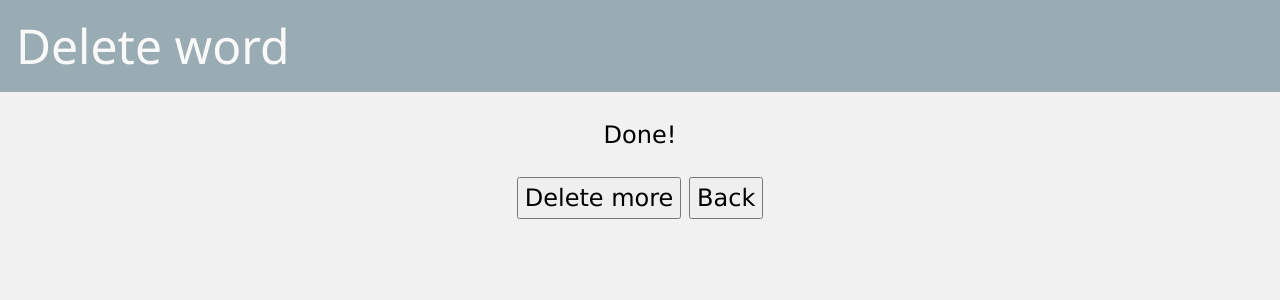
Repository: OleksandrDoskaliukKN313/IIC
Page: http://localhost/WebDictionary/deleteWord.jsp
An editor plug-in stored every save of this project. The page is shown before and after the next save, followed by the edit.
The browser window is 1280 px wide. The pictures show the whole page.
The page is served by Tomcat 9. Other server files are loaded and not shown. Queries for data that is not in the repository find no rows.

Above is the page before, as saved 2020-10-12 10:33:42.

### WebDictionary/WebContent/deleteWord.jsp
<%@ page language="java" contentType="text/html; charset=ISO-8859-1"
    pageEncoding="ISO-8859-1"%>
    <%@ page import = "database.DatabaseFacade" %>
<!DOCTYPE html>
<html>
<head>
<meta charset="ISO-8859-1">
<title>Delete word JSP</title>
<link rel="stylesheet" href="w3.css">
</head>
<body class="w3-light-grey ">
<div class="w3-container w3-blue-grey w3-opacity w3-left-align 	">
        <h1 class = "w3-xxxlarge">Delete word</h1>
    </div>
<div class = "w3-xlarge w3-container w3-center">
<%
	String en = request.getParameter("en");
	DatabaseFacade.getStatment().execute("delete from words.words where(en='"+ en + "');");
%>
<p>Done!</p>
<button onclick="location.href='deleteWord'">Delete more</button>
<button onclick="location.href='index.html'">Back</button>
</div>
</body>
</html>

### WebDictionary/src/database/DatabaseFacade.java
package database;


import java.sql.Connection;
import java.sql.DriverManager;
import java.sql.SQLException;
import java.sql.Statement;

public class DatabaseFacade {
	private static Statement statement=null;
	private DatabaseFacade() {
		getStatment();
	}

	public static Statement getStatment()
	{
		if(statement==null)
		{
			try
			{
				Connection connection = DriverManager.getConnection("jdbc:postgresql://localhost:5432/dictionary","postgres","1234");
				statement = connection.createStatement();
				return statement;

			} catch (SQLException e) {

				System.out.println("Connection Failure!");
				e.printStackTrace();
				return null;
			}
		}
		else return statement;

	}
}

Loaded but not shown: WebDictionary/WebContent/w3.css (library)

After the next save:
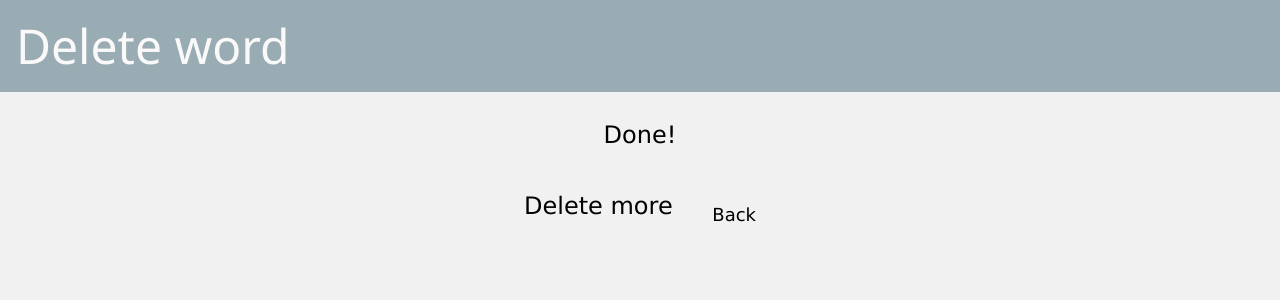
Saved 23 s later.
--- a/WebDictionary/WebContent/deleteWord.jsp
+++ b/WebDictionary/WebContent/deleteWord.jsp
@@ -18,8 +18,8 @@
 	DatabaseFacade.getStatment().execute("delete from words.words where(en='"+ en + "');");
 %>
 <p>Done!</p>
-<button onclick="location.href='deleteWord'">Delete more</button>
-<button onclick="location.href='index.html'">Back</button>
+<button class = "w3-btn w3-hover-green w3-round-large"onclick="location.href='deleteWord'">Delete more</button>
+<button class="w3-btn w3-hover-red w3-round-large w3-large w3-margin-top"onclick="location.href='index.html'">Back</button>
 </div>
 </body>
 </html>
